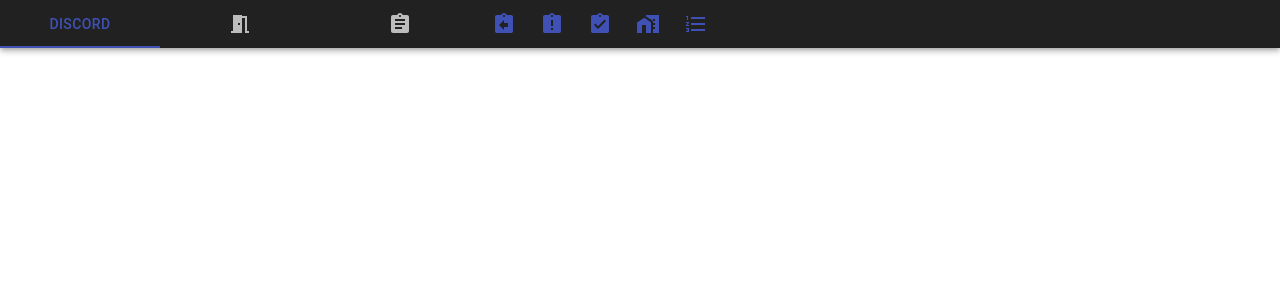
Repository: hossamsulleman1/CONTACTME
Page: / (app in my-app/)
An editor plug-in stored every save of this project. The page is shown before and after the next save, followed by the edit.
The browser window is 1280 px wide. The pictures show the whole page.
The project was rebuilt for these pictures with package versions that can differ from the ones it lists, and the page was loaded fresh each time. Also part of the build but not shown: my-app/src/Components/PageProp.jsx, my-app/src/Components/ProfileFolder/FriendsAvatarList.jsx, my-app/src/Components/ProfileFolder/Content.jsx, my-app/src/Components/Preview.jsx, my-app/src/Components/BottomNav.jsx.

Above is the page before, as saved 2020-11-09 10:55:30.

After the next save:
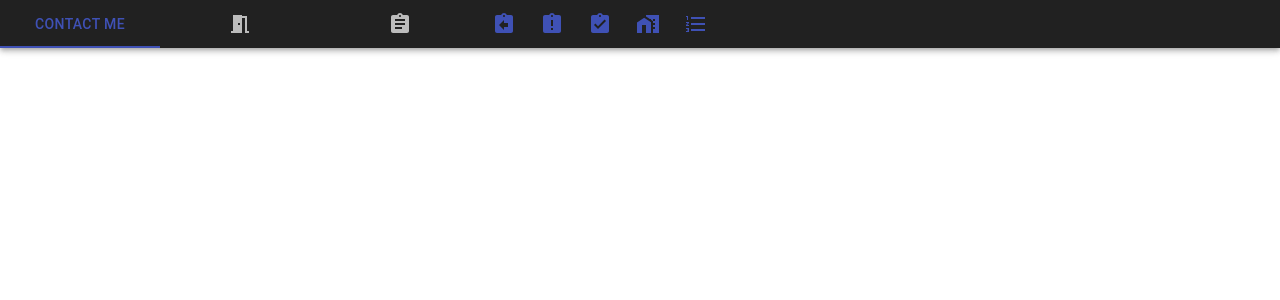
Saved 47 s later.
--- a/my-app/src/Components/IconNav.jsx
+++ b/my-app/src/Components/IconNav.jsx
@@ -96,7 +96,7 @@ export default function IconNav() {
           {/* <Tab label="Facebook" {...a11yProps(2)} />
           <Tab label="Instagram" {...a11yProps(3)} />
           <Tab label="Snapchat" {...a11yProps(4)} /> */}
-          <Tab label="Discord" {...a11yProps(5)} />
+          <Tab label="CONTACT ME" {...a11yProps(5)} />
           <Tab icon={<MeetingRoomIcon />} {...a11yProps(6)} />
           <Tab icon={<AssignmentIcon />} {...a11yProps(6)} />
 
